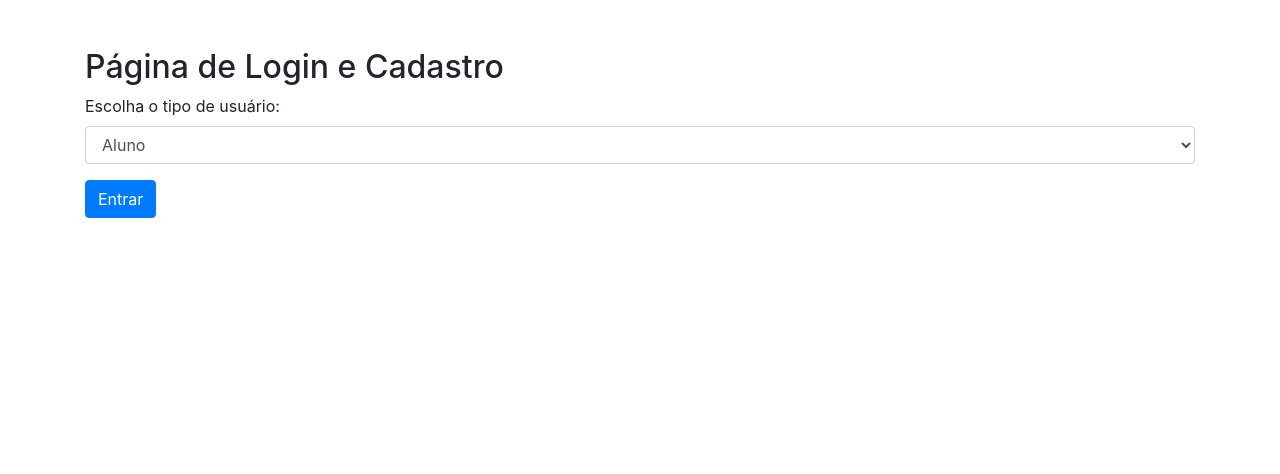
Repository: IrisRPerrorni/APIFullstackGerenciamentoEscolar
Page: Front/index.html
These files come from the project's save history. The page is drawn as it stood at one moment and after the next save; the edit follows.
The browser window is 1280 px wide. The pictures show the whole page.
Some web libraries are served in a nearby version.

Above is the page before, as saved 2023-09-22 14:14:29.

### Front/index.html
<!DOCTYPE html>
<html lang="pt-BR">
<head>
    <meta charset="UTF-8">
    <meta name="viewport" content="width=device-width, initial-scale=1.0">
    <title>Página de Login e Cadastro</title>
    <!-- Adicione os links para os estilos Bootstrap -->
    <link rel="stylesheet" href="https://maxcdn.bootstrapcdn.com/bootstrap/4.5.2/css/bootstrap.min.css">
</head>
<body>
    <div class="container mt-5">
        <h2>Página de Login e Cadastro</h2>
        <form id="loginForm">
            <div class="form-group">
                <label for="tipoUsuario">Escolha o tipo de usuário:</label>
                <select class="form-control" id="tipoUsuario">
                    <option value="aluno">Aluno</option>
                    <option value="professor">Professor</option>
                </select>
            </div>
            <button type="submit" class="btn btn-primary">Entrar</button>
        </form>

        <!-- Formulário de Cadastro de Aluno -->
        <form id="cadastroAlunoForm" style="display: none;">
            <!-- Adicione os campos relevantes para o cadastro de aluno -->
            <button type="submit" class="btn btn-success">Cadastrar Aluno</button>
        </form>

        <!-- Formulário de Cadastro de Professor -->
        <form id="cadastroProfessorForm" style="display: none;">
            <!-- Adicione os campos relevantes para o cadastro de professor -->
            <button type="submit" class="btn btn-success">Cadastrar Professor</button>
        </form>

        <div id="links" class="mt-3">
            <a href="#" id="alunoLink" style="display: none;">Listagem de Alunos</a>
            <a href="#" id="professorLink" style="display: none;">Listagem de Professores</a>
            <a href="#" id="cursoLink" style="display: none;">Listagem de Cursos</a>
        </div>
    </div>

    <!-- Adicione os scripts JavaScript necessários -->
    <script src="https://code.jquery.com/jquery-3.5.1.slim.min.js"></script>
    <script src="https://cdn.jsdelivr.net/npm/@popperjs/core@2.5.3/dist/umd/popper.min.js"></script>
    <script src="https://maxcdn.bootstrapcdn.com/bootstrap/4.5.2/js/bootstrap.min.js"></script>
    <script>
        // Adicione a lógica de exibição de formulário de cadastro com base na escolha do usuário
        document.getElementById('tipoUsuario').addEventListener('change', function () {
            const tipoUsuario = this.value;
            if (tipoUsuario === 'aluno') {
                document.getElementById('cadastroAlunoForm').style.display = 'block';
                document.getElementById('cadastroProfessorForm').style.display = 'none';
            } else if (tipoUsuario === 'professor') {
                document.getElementById('cadastroAlunoForm').style.display = 'none';
                document.getElementById('cadastroProfessorForm').style.display = 'block';
            } else {
                document.getElementById('cadastroAlunoForm').style.display = 'none';
                document.getElementById('cadastroProfessorForm').style.display = 'none';
            }
        });

        // Restante do código de redirecionamento permanece o mesmo
        // ...

    </script>
</body>
</html>

After the next save:
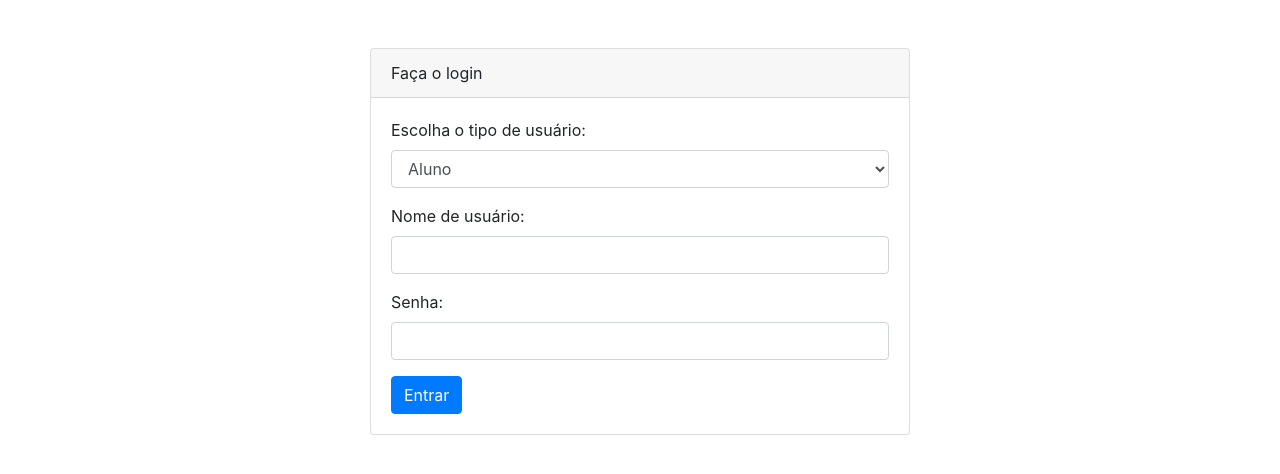
Saved 2 min 5 s later.
--- a/Front/index.html
+++ b/Front/index.html
@@ -1,68 +1,67 @@
 <!DOCTYPE html>
-<html lang="pt-BR">
+<html lang="en">
 <head>
     <meta charset="UTF-8">
     <meta name="viewport" content="width=device-width, initial-scale=1.0">
-    <title>Página de Login e Cadastro</title>
-    <!-- Adicione os links para os estilos Bootstrap -->
-    <link rel="stylesheet" href="https://maxcdn.bootstrapcdn.com/bootstrap/4.5.2/css/bootstrap.min.css">
+    <title>Página de Login</title>
+    <!-- Inclua os links para Bootstrap CSS e jQuery -->
+    <link href="https://maxcdn.bootstrapcdn.com/bootstrap/4.5.2/css/bootstrap.min.css" rel="stylesheet">
 </head>
 <body>
-    <div class="container mt-5">
-        <h2>Página de Login e Cadastro</h2>
-        <form id="loginForm">
-            <div class="form-group">
-                <label for="tipoUsuario">Escolha o tipo de usuário:</label>
-                <select class="form-control" id="tipoUsuario">
-                    <option value="aluno">Aluno</option>
-                    <option value="professor">Professor</option>
-                </select>
+
+<div class="container mt-5">
+    <div class="row justify-content-center">
+        <div class="col-md-6">
+            <div class="card">
+                <div class="card-header">Faça o login</div>
+                <div class="card-body">
+                    <form id="loginForm">
+                        <div class="form-group">
+                            <label for="userType">Escolha o tipo de usuário:</label>
+                            <select class="form-control" id="userType" name="userType">
+                                <option value="aluno">Aluno</option>
+                                <option value="professor">Professor</option>
+                            </select>
+                        </div>
+                        <div class="form-group">
+                            <label for="username">Nome de usuário:</label>
+                            <input type="text" class="form-control" id="username" name="username">
+                        </div>
+                        <div class="form-group">
+                            <label for="password">Senha:</label>
+                            <input type="password" class="form-control" id="password" name="password">
+                        </div>
+                        <button type="submit" class="btn btn-primary">Entrar</button>
+                    </form>
+                </div>
             </div>
-            <button type="submit" class="btn btn-primary">Entrar</button>
-        </form>
-
-        <!-- Formulário de Cadastro de Aluno -->
-        <form id="cadastroAlunoForm" style="display: none;">
-            <!-- Adicione os campos relevantes para o cadastro de aluno -->
-            <button type="submit" class="btn btn-success">Cadastrar Aluno</button>
-        </form>
-
-        <!-- Formulário de Cadastro de Professor -->
-        <form id="cadastroProfessorForm" style="display: none;">
-            <!-- Adicione os campos relevantes para o cadastro de professor -->
-            <button type="submit" class="btn btn-success">Cadastrar Professor</button>
-        </form>
-
-        <div id="links" class="mt-3">
-            <a href="#" id="alunoLink" style="display: none;">Listagem de Alunos</a>
-            <a href="#" id="professorLink" style="display: none;">Listagem de Professores</a>
-            <a href="#" id="cursoLink" style="display: none;">Listagem de Cursos</a>
         </div>
     </div>
+</div>
 
-    <!-- Adicione os scripts JavaScript necessários -->
-    <script src="https://code.jquery.com/jquery-3.5.1.slim.min.js"></script>
-    <script src="https://cdn.jsdelivr.net/npm/@popperjs/core@2.5.3/dist/umd/popper.min.js"></script>
-    <script src="https://maxcdn.bootstrapcdn.com/bootstrap/4.5.2/js/bootstrap.min.js"></script>
-    <script>
-        // Adicione a lógica de exibição de formulário de cadastro com base na escolha do usuário
-        document.getElementById('tipoUsuario').addEventListener('change', function () {
-            const tipoUsuario = this.value;
-            if (tipoUsuario === 'aluno') {
-                document.getElementById('cadastroAlunoForm').style.display = 'block';
-                document.getElementById('cadastroProfessorForm').style.display = 'none';
-            } else if (tipoUsuario === 'professor') {
-                document.getElementById('cadastroAlunoForm').style.display = 'none';
-                document.getElementById('cadastroProfessorForm').style.display = 'block';
-            } else {
-                document.getElementById('cadastroAlunoForm').style.display = 'none';
-                document.getElementById('cadastroProfessorForm').style.display = 'none';
-            }
-        });
+<!-- Inclua os scripts do Bootstrap e jQuery -->
+<script src="https://code.jquery.com/jquery-3.5.1.slim.min.js"></script>
+<script src="https://cdn.jsdelivr.net/npm/@popperjs/core@2.5.3/dist/umd/popper.min.js"></script>
+<script src="https://maxcdn.bootstrapcdn.com/bootstrap/4.5.2/js/bootstrap.min.js"></script>
 
-        // Restante do código de redirecionamento permanece o mesmo
-        // ...
+<script>
+    // Manipule o formulário de login aqui para redirecionar com base no tipo de usuário selecionado
+    document.getElementById('loginForm').addEventListener('submit', function (event) {
+        event.preventDefault();
+        const userType = document.getElementById('userType').value;
+        const username = document.getElementById('username').value;
+        const password = document.getElementById('password').value;
 
-    </script>
+        // Aqui, você pode verificar as credenciais e redirecionar com base no tipo de usuário
+        if (userType === 'aluno') {
+            // Redirecionar para a lista de alunos
+            window.location.href = 'lista_alunos.html';
+        } else if (userType === 'professor') {
+            // Redirecionar para a página do professor com a lista de professores e links para cursos
+            window.location.href = 'pagina_professor.html';
+        }
+    });
+</script>
+
 </body>
 </html>
